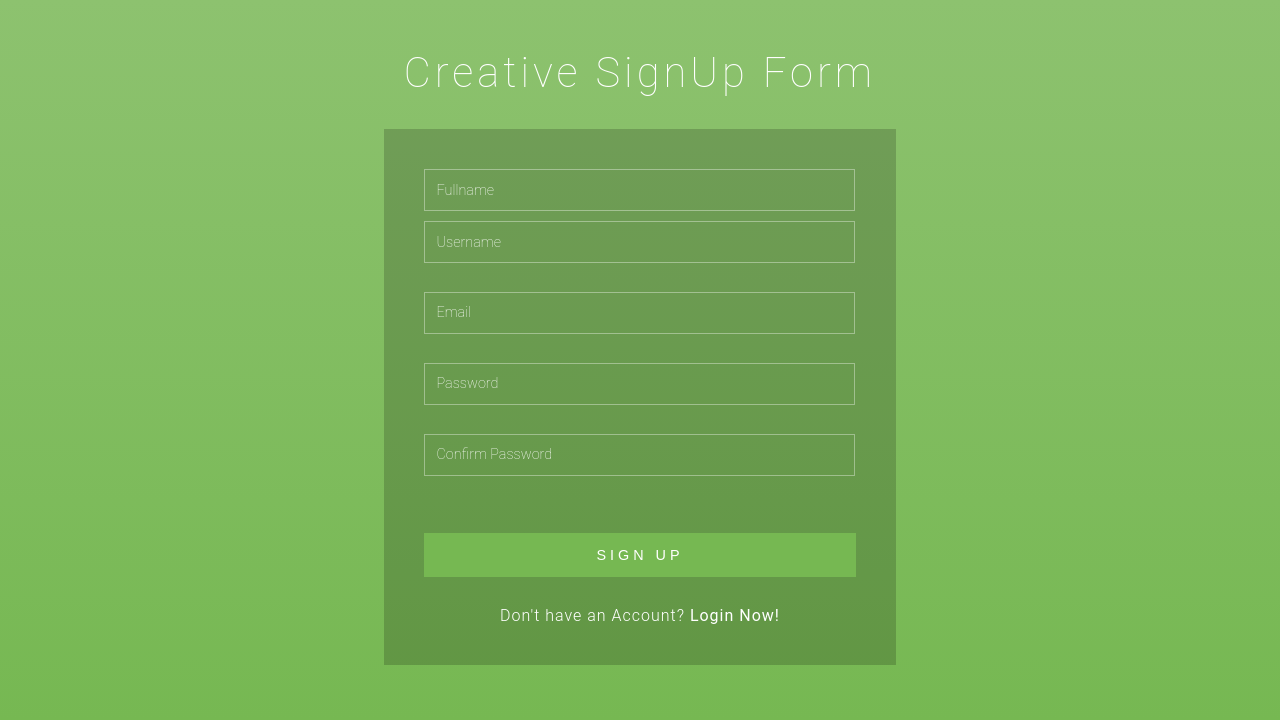
Repository: hosi04/BaiTapWeb
Page: http://localhost/BaiTapWeb_Login/views/register.jsp
These files come from the project's save history. The page is drawn as it stood at one moment and after the next save; the edit follows.
The browser window is 1280 px wide. The pictures show the whole page.
Backgrounds fixed to the window are drawn as part of the page. The page is served by Tomcat 9. Other server files are loaded and not shown.

Above is the page before, as saved 2024-09-07 14:53:22.

### BaiTapWeb_Login/src/main/webapp/views/register.jsp
<%@ page language="java" contentType="text/html; charset=UTF-8"
    pageEncoding="UTF-8"%>
<!DOCTYPE html>
<html>
<head>
<meta charset="UTF-8">
<title>Insert title here</title>

<%
String url = request.getScheme() + "://" + request.getServerName() + ":" + request.getServerPort()
			+ request.getContextPath();
%>

<link href="<%=url %>/css/style.css" rel="stylesheet" type="text/css" media="all"/>
<link rel="stylesheet" href="<%=url %>fonts/material-design-iconic-font/css/material-design-iconic-font.min.css">


</head>
<body>
		<!-- main -->
	<div class="main-w3layouts wrapper">
		<h1>Creative SignUp Form</h1>
		<div class="main-agileinfo">
			<div class="agileits-top">
				<form action="<%=url %>/Register" method="post">
					<input style="margin-bottom: 10px" class="text" type="text" name="hoVaTen" placeholder="Fullname" required="">
					<input class="text" type="text" name="tenDangNhap" placeholder="Username" required="">
					<input class="text email" type="email" name="email" placeholder="Email" required="">
					<input class="text" type="password" name="matKhau" placeholder="Password" required="">
					<input class="text w3lpass" type="password" name="nhapLaiMatKhau" placeholder="Confirm Password" required="">
					<input type="submit" value="SIGN UP">
				</form>
				<p>Don't have an Account? <a href="#"> Login Now!</a></p>
			</div>
		</div>
	</div>
	<!-- //main -->
</body>
</html>

### BaiTapWeb_Login/src/main/webapp/css/style.css
/*--
Author: Colorlib
Author URL: https://colorlib.com
License: Creative Commons Attribution 3.0 Unported
License URL: http://creativecommons.org/licenses/by/3.0/
--*/
/*-- reset --*/
html, body, div, span, applet, object, iframe, h1, h2, h3, h4, h5, h6, p, blockquote, pre, a, abbr, acronym, address, big, cite, code, del, dfn, em, img, ins, kbd, q, s, samp, small, strike, strong, sub, sup, tt, var, b, u, i, dl, dt, dd, ol, nav ul, nav li, fieldset, form, label, legend, table, caption, tbody, tfoot, thead, tr, th, td, article, aside, canvas, details, embed, figure, figcaption, footer, header, hgroup, menu, nav, output, ruby, section, summary, time, mark, audio, video {
  margin: 0;
  padding: 0;
  border: 0;
  font-size: 100%;
  font: inherit;
  vertical-align: baseline;
}

article, aside, details, figcaption, figure, footer, header, hgroup, menu, nav, section {
  display: block;
}

ol, ul {
  list-style: none;
  margin: 0px;
  padding: 0px;
}

blockquote, q {
  quotes: none;
}

blockquote:before, blockquote:after, q:before, q:after {
  content: '';
  content: none;
}

table {
  border-collapse: collapse;
  border-spacing: 0;
}

/*-- start editing from here --*/
a {
  text-decoration: none;
}

.txt-rt {
  text-align: right;
}

/* text align right */
.txt-lt {
  text-align: left;
}

/* text align left */
.txt-center {
  text-align: center;
}

/* text align center */
.float-rt {
  float: right;
}

/* float right */
.float-lt {
  float: left;
}

/* float left */
.clear {
  clear: both;
}

/* clear float */
.pos-relative {
  position: relative;
}

/* Position Relative */
.pos-absolute {
  position: absolute;
}

/* Position Absolute */
.vertical-base {
  vertical-align: baseline;
}

/* vertical align baseline */
.vertical-top {
  vertical-align: top;
}

/* vertical align top */
nav.vertical ul li {
  display: block;
}

/* vertical menu */
nav.horizontal ul li {
  display: inline-block;
}

/* horizontal menu */
img {
  max-width: 100%;
}

/*-- end reset --*/
body {
  background: #76b852;
  /* fallback for old browsers */
  background: -webkit-linear-gradient(to top, #76b852, #8DC26F);
  background: -moz-linear-gradient(to top, #76b852, #8DC26F);
  background: -o-linear-gradient(to top, #76b852, #8DC26F);
  background: linear-gradient(to top, #76b852, #8DC26F);
  background-size: cover;
  background-attachment: fixed;
  font-family: 'Roboto', sans-serif;
}

h1 {
  font-size: 3em;
  text-align: center;
  color: #fff;
  font-weight: 100;
  text-transform: capitalize;
  letter-spacing: 4px;
  font-family: 'Roboto', sans-serif;
}

/*-- main --*/
.main-w3layouts {
  padding: 3em 0 1em;
}

.main-agileinfo {
  width: 35%;
  margin: 3em auto;
  background: rgba(0, 0, 0, 0.18);
  background-size: cover;
}

.agileits-top {
  padding: 3em;
}

input[type="text"], input[type="email"], input[type="password"] {
  font-size: 0.9em;
  color: #fff;
  font-weight: 100;
  width: 94.5%;
  display: block;
  border: none;
  padding: 0.8em;
  border: solid 1px rgba(255, 255, 255, 0.37);
  -webkit-transition: all 0.3s cubic-bezier(0.64, 0.09, 0.08, 1);
  transition: all 0.3s cubic-bezier(0.64, 0.09, 0.08, 1);
  background: -webkit-linear-gradient(top, rgba(255, 255, 255, 0) 96%, #fff 4%);
  background: linear-gradient(to bottom, rgba(255, 255, 255, 0) 96%, #fff 4%);
  background-position: -800px 0;
  background-size: 100%;
  background-repeat: no-repeat;
  color: #fff;
  font-family: 'Roboto', sans-serif;
}

input.email, input.text.w3lpass {
  margin: 2em 0;
}

.text:focus, .text:valid {
  box-shadow: none;
  outline: none;
  background-position: 0 0;
}

.text:focus::-webkit-input-placeholder, .text:valid::-webkit-input-placeholder {
  color: rgba(255, 255, 255, 0.7);
  font-size: .9em;
  -webkit-transform: translateY(-30px);
  -moz-transform: translateY(-30px);
  -o-transform: translateY(-30px);
  -ms-transform: translateY(-30px);
  transform: translateY(-30px);
  visibility: visible !important;
}

::-webkit-input-placeholder {
  color: #fff;
  font-weight: 100;
}

:-moz-placeholder {
  /* Firefox 18- */
  color: #fff;
}

::-moz-placeholder {
  /* Firefox 19+ */
  color: #fff;
}

:-ms-input-placeholder {
  color: #fff;
}

input[type="submit"] {
  font-size: .9em;
  color: #fff;
  background: #76b852;
  outline: none;
  border: 1px solid #76b852;
  cursor: pointer;
  padding: 0.9em;
  -webkit-appearance: none;
  width: 100%;
  margin: 2em 0;
  letter-spacing: 4px;
}

input[type="submit"]:hover {
  -webkit-transition: .5s all;
  -moz-transition: .5s all;
  -o-transition: .5s all;
  -ms-transition: .5s all;
  transition: .5s all;
  background: #8DC26F;
}

.agileits-top p {
  font-size: 1em;
  color: #fff;
  text-align: center;
  letter-spacing: 1px;
  font-weight: 300;
}

.agileits-top p a {
  color: #fff;
  -webkit-transition: .5s all;
  -moz-transition: .5s all;
  transition: .5s all;
  font-weight: 400;
}

.agileits-top p a:hover {
  color: #76b852;
}

/*-- //main --*/
/*-- checkbox --*/
.wthree-text label {
  font-size: 0.9em;
  color: #fff;
  font-weight: 200;
  cursor: pointer;
  position: relative;
}

input.checkbox {
  background: #8DC26F;
  cursor: pointer;
  width: 1.2em;
  height: 1.2em;
}

input.checkbox:before {
  content: "";
  position: absolute;
  width: 1.2em;
  height: 1.2em;
  background: inherit;
  cursor: pointer;
}

input.checkbox:after {
  content: "";
  position: absolute;
  top: 0px;
  left: 0;
  z-index: 1;
  width: 1.2em;
  height: 1.2em;
  border: 1px solid #fff;
  -webkit-transition: .4s ease-in-out;
  -moz-transition: .4s ease-in-out;
  -o-transition: .4s ease-in-out;
  transition: .4s ease-in-out;
}

input.checkbox:checked:after {
  -webkit-transform: rotate(-45deg);
  -moz-transform: rotate(-45deg);
  -o-transform: rotate(-45deg);
  -ms-transform: rotate(-45deg);
  transform: rotate(-45deg);
  height: .5rem;
  border-color: #fff;
  border-top-color: transparent;
  border-right-color: transparent;
}

.anim input.checkbox:checked:after {
  -webkit-transform: rotate(-45deg);
  -moz-transform: rotate(-45deg);
  -o-transform: rotate(-45deg);
  -ms-transform: rotate(-45deg);
  transform: rotate(-45deg);
  height: .5rem;
  border-color: transparent;
  border-right-color: transparent;
  animation: .4s rippling .4s ease;
  animation-fill-mode: forwards;
}

@keyframes rippling {
  50% {
    border-left-color: #fff;
  }

  100% {
    border-bottom-color: #fff;
    border-left-color: #fff;
  }
}

/*-- //checkbox --*/
/*-- copyright --*/
.colorlibcopy-agile {
  margin: 2em 0 1em;
  text-align: center;
}

.colorlibcopy-agile p {
  font-size: .9em;
  color: #fff;
  line-height: 1.8em;
  letter-spacing: 1px;
  font-weight: 100;
}

.colorlibcopy-agile p a {
  color: #fff;
  transition: 0.5s all;
  -webkit-transition: 0.5s all;
  -moz-transition: 0.5s all;
  -o-transition: 0.5s all;
  -ms-transition: 0.5s all;
}

.colorlibcopy-agile p a:hover {
  color: #000;
}

/*-- //copyright --*/
.wrapper {
  position: relative;
  overflow: hidden;
}

.colorlib-bubbles {
  position: absolute;
  top: 0;
  left: 0;
  width: 100%;
  height: 100%;
  z-index: -1;
}

.colorlib-bubbles li {
  position: absolute;
  list-style: none;
  display: block;
  width: 40px;
  height: 40px;
  background-color: rgba(255, 255, 255, 0.15);
  bottom: -160px;
  -webkit-animation: square 20s infinite;
  -moz-animation: square 250s infinite;
  -o-animation: square 20s infinite;
  -ms-animation: square 20s infinite;
  animation: square 20s infinite;
  -webkit-transition-timing-function: linear;
  -moz-transition-timing-function: linear;
  -o-transition-timing-function: linear;
  -ms-transition-timing-function: linear;
  transition-timing-function: linear;
  -webkit-border-radius: 50%;
  -moz-border-radius: 50%;
  -o-border-radius: 50%;
  -ms-border-radius: 50%;
  border-radius: 50%;
}

.colorlib-bubbles li:nth-child(1) {
  left: 10%;
}

.colorlib-bubbles li:nth-child(2) {
  left: 20%;
  width: 80px;
  height: 80px;
  -webkit-animation-delay: 2s;
  -moz-animation-delay: 2s;
  -o-animation-delay: 2s;
  -ms-animation-delay: 2s;
  animation-delay: 2s;
  -webkit-animation-duration: 17s;
  -moz-animation-duration: 17s;
  -o-animation-duration: 17s;
  animation-duration: 17s;
}

.colorlib-bubbles li:nth-child(3) {
  left: 25%;
  -webkit-animation-delay: 4s;
  -moz-animation-delay: 4s;
  -o-animation-delay: 4s;
  -ms-animation-delay: 4s;
  animation-delay: 4s;
}

.colorlib-bubbles li:nth-child(4) {
  left: 40%;
  width: 60px;
  height: 60px;
  -webkit-animation-duration: 22s;
  -moz-animation-duration: 22s;
  -o-animation-duration: 22s;
  -ms-animation-duration: 22s;
  animation-duration: 22s;
  background-color: rgba(255, 255, 255, 0.25);
}

.colorlib-bubbles li:nth-child(5) {
  left: 70%;
}

.colorlib-bubbles li:nth-child(6) {
  left: 80%;
  width: 120px;
  height: 120px;
  -webkit-animation-delay: 3s;
  -moz-animation-delay: 3s;
  -o-animation-delay: 3s;
  -ms-animation-delay: 3s;
  animation-delay: 3s;
  background-color: rgba(255, 255, 255, 0.2);
}

.colorlib-bubbles li:nth-child(7) {
  left: 32%;
  width: 160px;
  height: 160px;
  -webkit-animation-delay: 7s;
  -moz-animation-delay: 7s;
  -o-animation-delay: 7s;
  -ms-animation-delay: 7s;
  animation-delay: 7s;
}

.colorlib-bubbles li:nth-child(8) {
  left: 55%;
  width: 20px;
  height: 20px;
  -webkit-animation-delay: 15s;
  -moz-animation-delay: 15s;
  animation-delay: 15s;
  -webkit-animation-duration: 40s;
  -moz-animation-duration: 40s;
  animation-duration: 40s;
}

.colorlib-bubbles li:nth-child(9) {
  left: 25%;
  width: 10px;
  height: 10px;
  -webkit-animation-delay: 2s;
  animation-delay: 2s;
  -webkit-animation-duration: 40s;
  animation-duration: 40s;
  background-color: rgba(255, 255, 255, 0.3);
}

.colorlib-bubbles li:nth-child(10) {
  left: 90%;
  width: 160px;
  height: 160px;
  -webkit-animation-delay: 11s;
  animation-delay: 11s;
}

@-webkit-keyframes square {
  0% {
    -webkit-transform: translateY(0);
    -moz-transform: translateY(0);
    -o-transform: translateY(0);
    -ms-transform: translateY(0);
    transform: translateY(0);
  }

  100% {
    -webkit-transform: translateY(-700px) rotate(600deg);
    -moz-transform: translateY(-700px) rotate(600deg);
    -o-transform: translateY(-700px) rotate(600deg);
    -ms-transform: translateY(-700px) rotate(600deg);
    transform: translateY(-700px) rotate(600deg);
  }
}

@keyframes square {
  0% {
    -webkit-transform: translateY(0);
    -moz-transform: translateY(0);
    -o-transform: translateY(0);
    -ms-transform: translateY(0);
    transform: translateY(0);
  }

  100% {
    -webkit-transform: translateY(-700px) rotate(600deg);
    -moz-transform: translateY(-700px) rotate(600deg);
    -o-transform: translateY(-700px) rotate(600deg);
    -ms-transform: translateY(-700px) rotate(600deg);
    transform: translateY(-700px) rotate(600deg);
  }
}

/*-- responsive-design --*/
@media(max-width:1440px) {
  input[type="text"], input[type="email"], input[type="password"] {
    width: 94%;
  }
}

@media(max-width:1366px) {
  h1 {
    font-size: 2.6em;
  }

  .agileits-top {
    padding: 2.5em;
  }

  .main-agileinfo {
    margin: 2em auto;
  }

  .main-agileinfo {
    width: 36%;
  }
}

@media(max-width:1280px) {
  .main-agileinfo {
    width: 40%;
  }
}

@media(max-width:1080px) {
  .main-agileinfo {
    width: 46%;
  }
}

@media(max-width:1024px) {
  .main-agileinfo {
    width: 49%;
  }
}

@media(max-width:991px) {
  h1 {
    font-size: 2.4em;
  }

  .main-w3layouts {
    padding: 2em 0 1em;
  }
}

@media(max-width:900px) {
  .main-agileinfo {
    width: 58%;
  }

  input[type="text"], input[type="email"], input[type="password"] {
    width: 93%;
  }
}

@media(max-width:800px) {
  h1 {
    font-size: 2.2em;
  }
}

@media(max-width:736px) {
  .main-agileinfo {
    width: 62%;
  }
}

@media(max-width:667px) {
  .main-agileinfo {
    width: 67%;
  }
}

@media(max-width:600px) {
  .agileits-top {
    padding: 2.2em;
  }

  input.email, input.text.w3lpass {
    margin: 1.5em 0;
  }

  input[type="submit"] {
    margin: 2em 0;
  }

  h1 {
    font-size: 2em;
    letter-spacing: 3px;
  }
}

@media(max-width:568px) {
  .main-agileinfo {
    width: 75%;
  }

  .colorlibcopy-agile p {
    padding: 0 2em;
  }
}

@media(max-width:480px) {
  h1 {
    font-size: 1.8em;
    letter-spacing: 3px;
  }

  .agileits-top {
    padding: 1.8em;
  }

  input[type="text"], input[type="email"], input[type="password"] {
    width: 91%;
  }

  .agileits-top p {
    font-size: 0.9em;
  }
}

@media(max-width:414px) {
  h1 {
    font-size: 1.8em;
    letter-spacing: 2px;
  }

  .main-agileinfo {
    width: 85%;
    margin: 1.5em auto;
  }

  .text:focus, .text:valid {
    background-position: 0 0px;
  }

  .wthree-text ul li, .wthree-text ul li:nth-child(2) {
    display: block;
    float: none;
  }

  .wthree-text ul li:nth-child(2) {
    margin-top: 1.5em;
  }

  input[type="submit"] {
    margin: 2em 0 1.5em;
    letter-spacing: 3px;
  }

  input[type="submit"] {
    margin: 2em 0 1.5em;
  }

  .colorlibcopy-agile {
    margin: 1em 0 1em;
  }
}

@media(max-width:384px) {
  .main-agileinfo {
    width: 88%;
  }

  .colorlibcopy-agile p {
    padding: 0 1em;
  }
}

@media(max-width:375px) {
  .agileits-top p {
    letter-spacing: 0px;
  }
}

@media(max-width:320px) {
  .main-w3layouts {
    padding: 1.5em 0 0;
  }

  .agileits-top {
    padding: 1.2em;
  }

  .colorlibcopy-agile {
    margin: 0 0 1em;
  }

  input[type="text"], input[type="email"], input[type="password"] {
    width: 89.5%;
    font-size: 0.85em;
  }

  h1 {
    font-size: 1.7em;
    letter-spacing: 0px;
  }

  .main-agileinfo {
    width: 92%;
    margin: 1em auto;
  }

  .text:focus, .text:valid {
    background-position: 0 0px;
  }

  input[type="submit"] {
    margin: 1.5em 0;
    padding: 0.8em;
    font-size: .85em;
  }

  .colorlibcopy-agile p {
    font-size: .85em;
  }

  .wthree-text label {
    font-size: 0.85em;
  }

  .main-w3layouts {
    padding: 1em 0 0;
  }
}

After the next save:
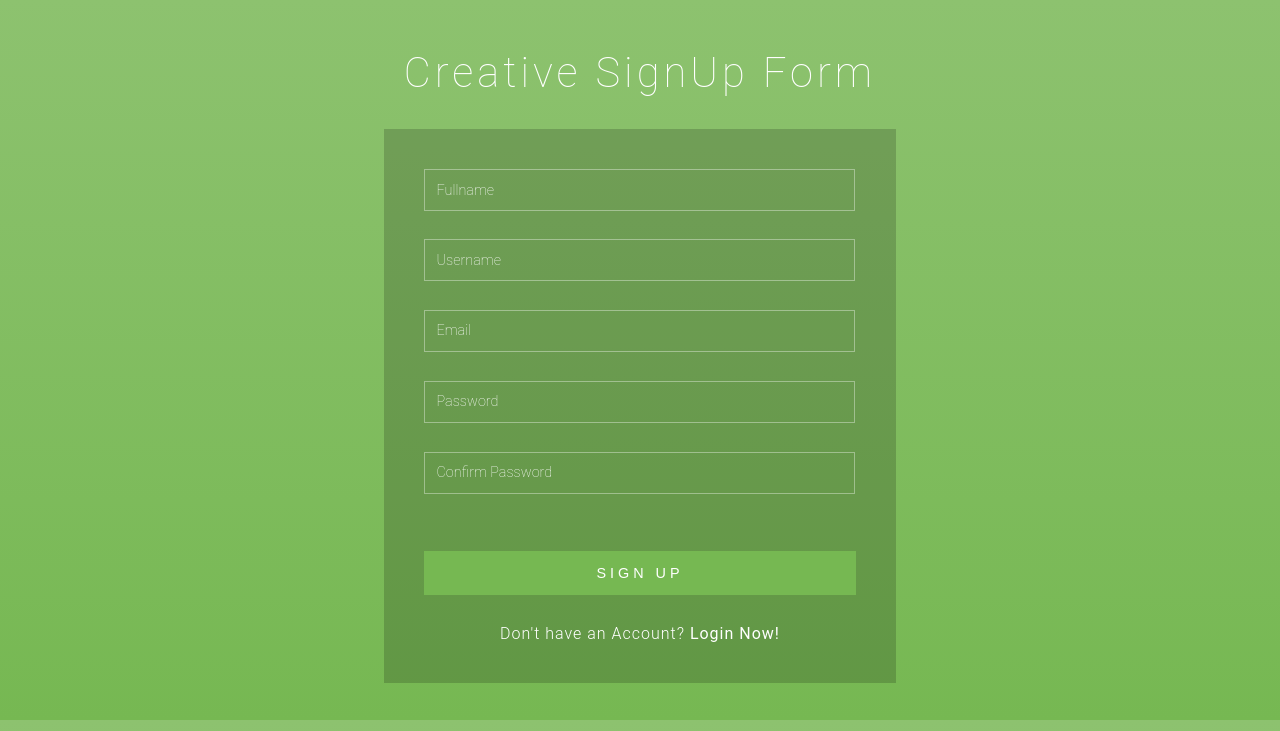
Saved 42 s later.
--- a/BaiTapWeb_Login/src/main/webapp/views/register.jsp
+++ b/BaiTapWeb_Login/src/main/webapp/views/register.jsp
@@ -23,7 +23,7 @@ String url = request.getScheme() + "://" + request.getServerName() + ":" + reque
 		<div class="main-agileinfo">
 			<div class="agileits-top">
 				<form action="<%=url %>/Register" method="post">
-					<input style="margin-bottom: 10px" class="text" type="text" name="hoVaTen" placeholder="Fullname" required="">
+					<input style="margin-bottom: 28px" class="text" type="text" name="hoVaTen" placeholder="Fullname" required="">
 					<input class="text" type="text" name="tenDangNhap" placeholder="Username" required="">
 					<input class="text email" type="email" name="email" placeholder="Email" required="">
 					<input class="text" type="password" name="matKhau" placeholder="Password" required="">
